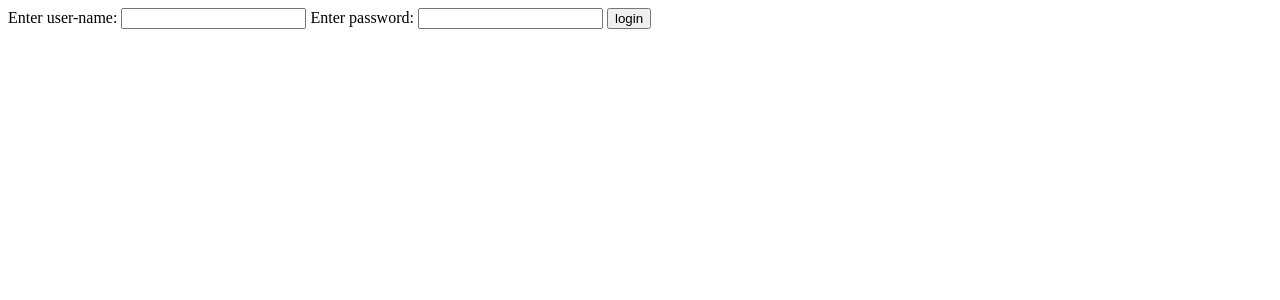
Repository: TheSonett/Java
Page: http://localhost/Login_System/login.jsp
These files come from the project's save history. The page is drawn as it stood at one moment and after the next save; the edit follows.
The browser window is 1280 px wide. The pictures show the whole page.
The page is served by Tomcat 10.

Above is the page before, as saved 2023-08-01 06:57:57.

After the next save:
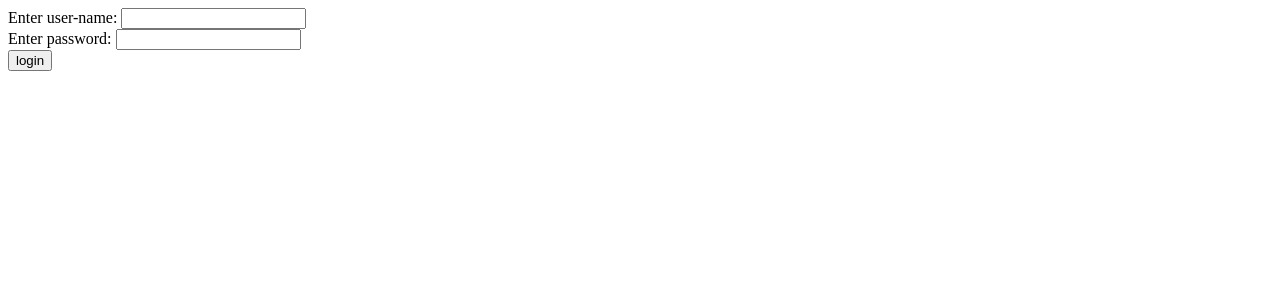
Saved 36 s later.
--- a/Java Servlet/Login System/src/main/webapp/login.jsp
+++ b/Java Servlet/Login System/src/main/webapp/login.jsp
@@ -8,8 +8,8 @@
 </head>
 <body>
 	<form action="LoginServlet" method="POST">
-		Enter user-name: <input type="text" name="username">
-		Enter password: <input type="password" name="password">
+		Enter user-name: <input type="text" name="username"><br>
+		Enter password: <input type="password" name="password"><br>
 		<input type="submit" value="login">
 	</form>
 </body>
